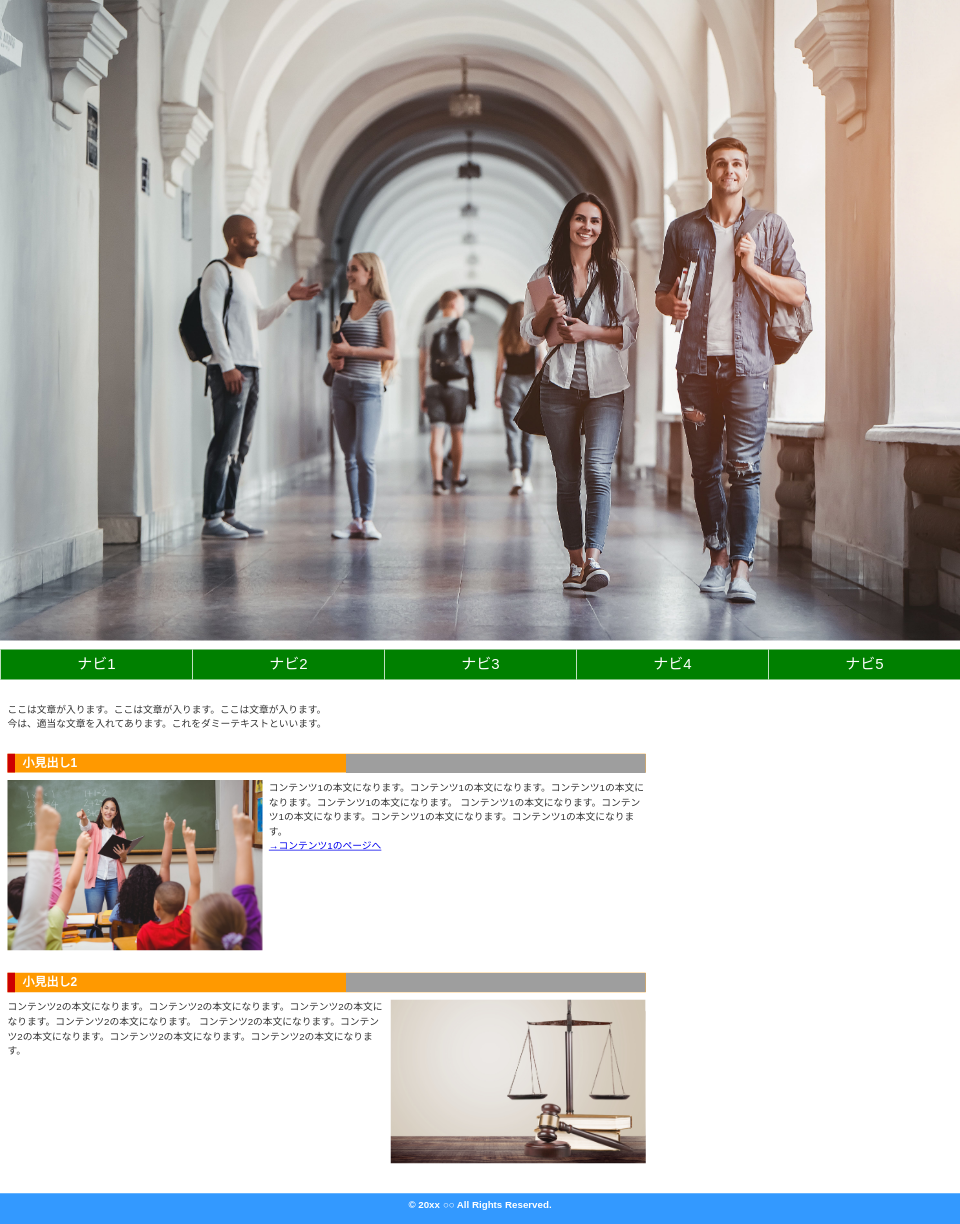
Repository: yuk-i/samurai_HTML-CSS
Page: home.html
The author's editor kept a record of every edit. The page is drawn from the files as they stood at one moment, then again after the next edit.
The browser window is 1280 px wide. The pictures show the whole page, at 75% of full size.
Pictures or frames that could not be fetched are drawn as grey boxes.

Above is the page before.

### home.html
<!DOCTYPE html>
<html lang="ja">
    <head>
        <meta charset="UTF-8">
        <title>HTML/CSSの学習</title>
        <link rel="stylesheet" href="stylesheet.css">
    </head>
    <body>
      <div id="header">
        <h1><a href="index.html"><img id="corridor" src="images/corridor.jpg" alt="大学の廊下" /></a></h1>

      </div>
      <div id="wrapper">
        <div id="nav">
          <ul>
            <li><a href="home.html">ナビ1</a></li>
            <li><a href="#">ナビ2</a></li>
            <li><a href="#">ナビ3</a></li>
            <li><a href="#">ナビ4</a></li>
            <li><a href="#">ナビ5</a></li>
          </ul>
        </div>
        <div id="container">
          <div id="main">
            <div class="post">
              <p>
                ここは文章が入ります。ここは文章が入ります。ここは文章が入ります。
                <br />
                今は、適当な文章を入れてあります。これをダミーテキストといいます。
              </p>
            </div>
            <div class="post clearfix">
              <h2>小見出し1</h2>
              <img class="left" src="images/classroom.jpg" alt="授業風景">
              <p>
                コンテンツ1の本文になります。コンテンツ1の本文になります。コンテンツ1の本文になります。コンテンツ1の本文になります。
                コンテンツ1の本文になります。コンテンツ1の本文になります。コンテンツ1の本文になります。コンテンツ1の本文になります。
              </p>
              <P><a href="#">→コンテンツ1のページへ</a></P>
            </div>
            <div class="post clearfix">
              <h2>小見出し2</h2>
              <img class="right" src="images/scale.jpg" alt="天秤">
              <p>
                コンテンツ2の本文になります。コンテンツ2の本文になります。コンテンツ2の本文になります。コンテンツ2の本文になります。
                コンテンツ2の本文になります。コンテンツ2の本文になります。コンテンツ2の本文になります。コンテンツ2の本文になります。
              </p>
            </div>
          </div>
        </div>
      </div>
      <div id="footer">
        <p>&copy; 20xx ○○ All Rights Reserved.</p>
      </div>
    </body>
</html>

### stylesheet.css
@charset "utf-8";

body {
	margin: 0;
	padding: 0;
	font-family: "ヒラギノ角ゴ Pro W3", "Hiragino Kaku Gothic Pro", "メイリオ", Meiryo, Osaka, "ＭＳ Ｐゴシック", "MS PGothic", sans-serif;
	color: #333;
	font-size: 13px;
	line-height: 150%;

}

/* -------------------- wrapper -------------------- */
#wrapper {
	width: 100%;
	margin: auto;
	padding: 0px;
	border: 0px;
	background-color: #FFF;
	top: 10px;
    position: relative;
}

 /* -------------------- header -------------------- */
#header {
    width: 100%;
}
#header h1 {
	 margin: 0;
	 padding: 0;
}

#corridor {
	 width: 100%;
	 height: auto;
}
/* -------------------- footer -------------------- */
#footer {
    clear: both;
    width: 100%;
    padding: 3px 0;
    background: #39F;
    color: #fff;
    font-weight: bold;
    text-align: center;

}

/* -------------------- nav -------------------- */

#nav {
    width: 100%;
}
#nav ul {
    display: flex;
    margin: 0;
    padding: 0;
    list-style-type: none;

}

#nav ul li {
    width: 20%;
    text-align: center;
}

#nav ul li a {
    display: block;
    height: 20px;
    margin: 0;
    padding: 10px;
    color: #FFF;
    font-size: 20px;
    text-decoration: none;
    background-color: green;
    border-left: 1px solid white;

}

#nav ul li a:hover {
    filter: drop-shadow(10px 10px 10px black);
}


/* -------------------- container -------------------- */
#container {
    width: 100%;
    margin: auto;
    padding-top: 20px;
    clear: both;
    display: grid;
    grid-template-columns: 70vw 30vw;
}
/* -------------------- main -------------------- */
#main {

    width: 95%;
    padding: 10px 30px 10px 10px;

}

#main h2 {
    margin-bottom: 10px;
    padding: 3px 10px;
    color: #FFF;
    font-size: 16px;
    border-left: solid 10px #C00;
    background: #F90 url(../images/main_h2.jpg) right top repeat-y;
}

#main p {
    margin: 0;
    padding: 0;
}

#main .post {
    margin-bottom: 30px;
}

#main .post img.left {
    margin-right: 8px;
}
#main .post img.right {
    margin-left: 8px;
}

.left {
    float: left;
    width: 40%;
    height: auto;
}

.right {
    float: right;
    width: 40%;
    height: auto;
}

/* -------------------- clearfix -------------------- */
.clearfix {
    zoom: 1;
}
.clearfix:after {
    content: "";
    display: block;
    clear: both;
}

/*-----------side--------------------------------*/
#side {
    width: 85%;
    padding: 20px;
    background-color: #F99;
}

#side .box {
    margin: 0 auto 30px auto;
    padding-bottom: 20px;
    background: url(images/side_box.png) bottom no-repeat;
}

#side .box h2 {
    margin: 0;
    padding: 8px;
    text-align: center;
    color: #fff;
    font-size: 16px;
    line-height: 16px;
    font-weight: normal;
    background: url(images/side_box_h2.png) center no-repeat;
}

#side .box .boxBody {
    padding: 8px;
    border-right: solid 1px #C36;
    border-bottom: solid 1px #C36;
    border-left: solid 1px #C36;
    background: #fff;

}

#side .box .boxBody ul {
    margin-bottom: 16px;
    padding: 0;

}

#side .box .boxBody ul li {
    padding: 8px 0 8px 4px;
    list-style: none;
    border-bottom: solid 1px #C36;
}

#side .box .boxBody ul li:hover {
    padding: 8px 0 8px 4px;
    list-style: none;
    border-bottom: solid 1px #C36;
    box-shadow: 0px 4px 4px rgba(0, 0, 0, 0.3);
}

After the next edit:
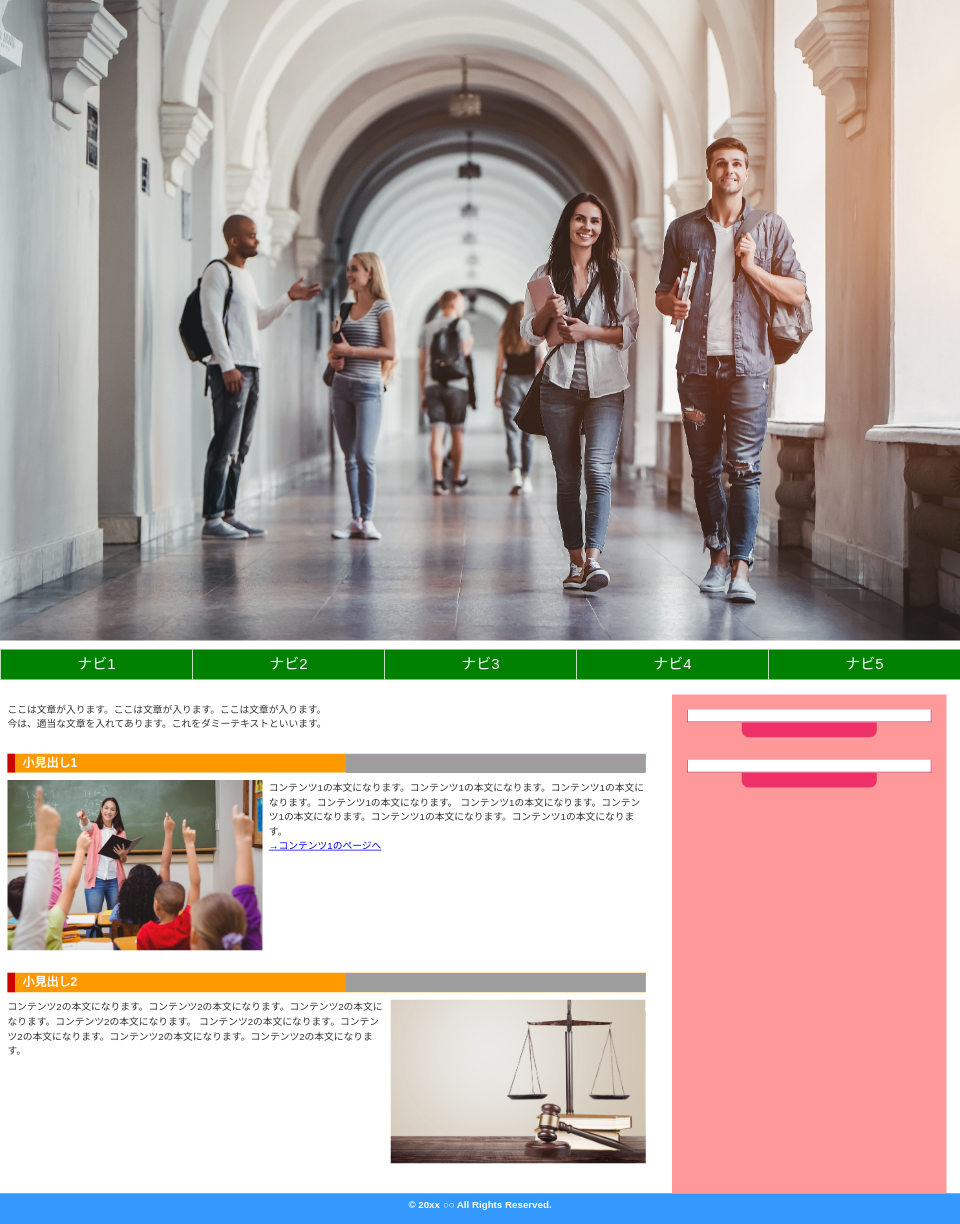
The edit:
--- a/home.html
+++ b/home.html
@@ -47,6 +47,24 @@
               </p>
             </div>
           </div>
+          <div id="side">
+            <div class="box">
+              <div class="boxBody">
+
+              </div>
+            </div>
+            <div class="box">
+              <div class="boxBody">
+
+              </div>
+            </div>
+
+
+
+
+
+
+          </div>
         </div>
       </div>
       <div id="footer">
